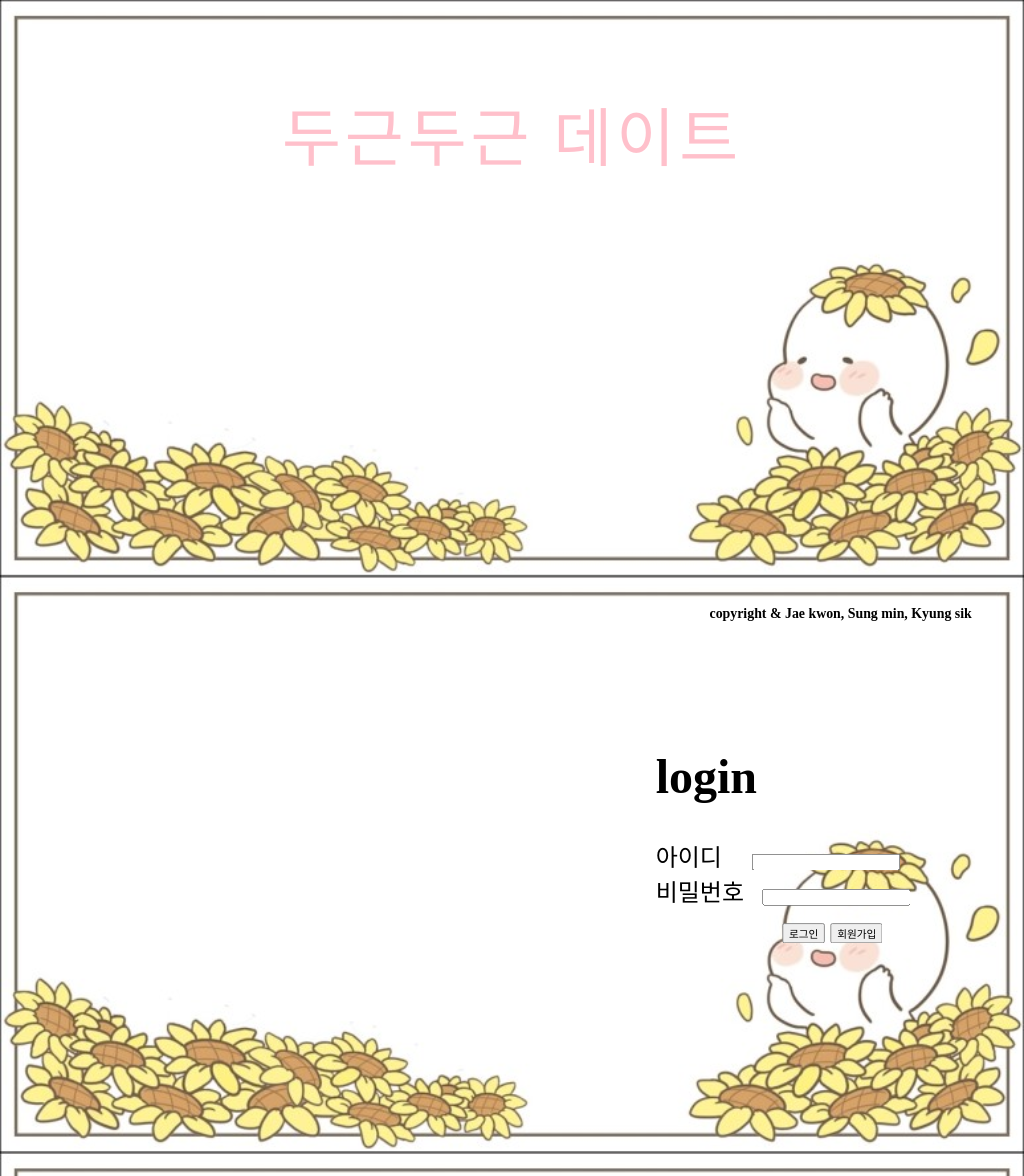
Repository: pinokio531/date_application
Page: http://localhost/doogeunDate/indexPage.jsp
These files come from the project's save history. The page is drawn as it stood at one moment and after the next save; the edit follows.
The browser window is 1280 px wide. The pictures show the whole page, at 80% of full size.
Some web fonts or font styles are not loaded; a fallback is used. The page is served by Tomcat 9.

Above is the page before, as saved 2019-06-04 09:53:07.

### doogeunDate/WebContent/indexPage.jsp
<%@ page language="java" contentType="text/html; charset=UTF-8"
    pageEncoding="UTF-8"%>
<%@ page errorPage = "error/errorpage.jsp" %>
<html lang="en">

<head>
	<link href="https://fonts.googleapis.com/css?family=Nanum+Brush+Script&display=swap" rel="stylesheet">
	<meta charset="EUC-KR">
	<meta http-equiv="X-UA-Compatible" content="ie=edge">
	<title>Document</title>
	<link rel="stylesheet" type="text/css" href="style/index.css" />
</head>

<body>
	<div id="header">
		<p>두근두근 데이트</p>
	</div>
	<form action="f_login.jsp" method="post">
		<div class="container">
			<div class="blank">&nbsp;</div>
			<div class="login">
				<h1>login</h1>
				아이디 &nbsp;&nbsp;&nbsp; <input name="id"><br>
				비밀번호 &nbsp;&nbsp;<input name="passwd"><br>

				<div class="button">
					<input type="submit" value="로그인">
					<input type="button" value="회원가입" onclick="location.href='joinPage.jsp'"><br>
				</div>
			</div>
		</div>
	</form>
	<div class="footer">
		<p>copyright & Jae kwon, Sung min, Kyung sik</p>
	</div>
</body>

</html>

### doogeunDate/WebContent/style/index.css
body{
    background-image:url(../asset/ompang.jpg);
    background-size: 100%;
}

#header{
    text-align: center;
    padding: 20px;
    font-family: 'Nanum Brush Script', cursive;
    font-size: 60pt;
    letter-spacing: 5px;
    color: pink;
}

.container{
    margin: 0 auto;
}

.blank{
    float: left;
    width: 65%;
    height: 80%;
}

.footer{
    padding-top: 400px;
    text-align: center;
    font-size: 13pt;
}

.login{
    float: right;
    margin:10px;
    width: 35%;
    height: 80%;
    font-family: 'Nanum Brush Script', cursive;
    font-size: 30px;
}

.button{
    margin: 10px;
    text-align:center;
}

.footer p {
    font-weight: bold;
}

After the next save:
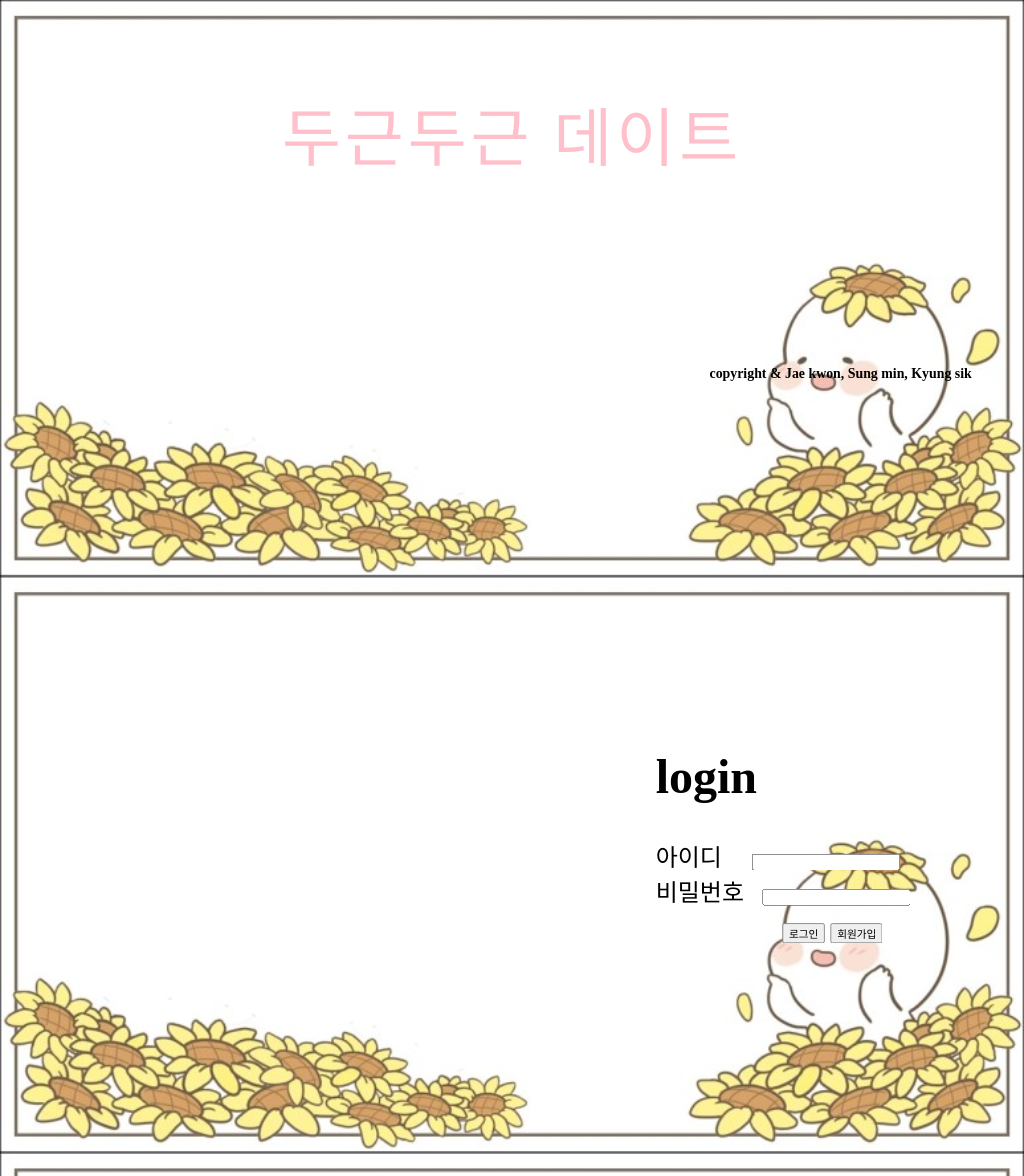
Saved 38 s later.
--- a/doogeunDate/WebContent/style/index.css
+++ b/doogeunDate/WebContent/style/index.css
@@ -23,7 +23,7 @@ body{
 }
 
 .footer{
-    padding-top: 400px;
+    padding-top: 100px;
     text-align: center;
     font-size: 13pt;
 }
